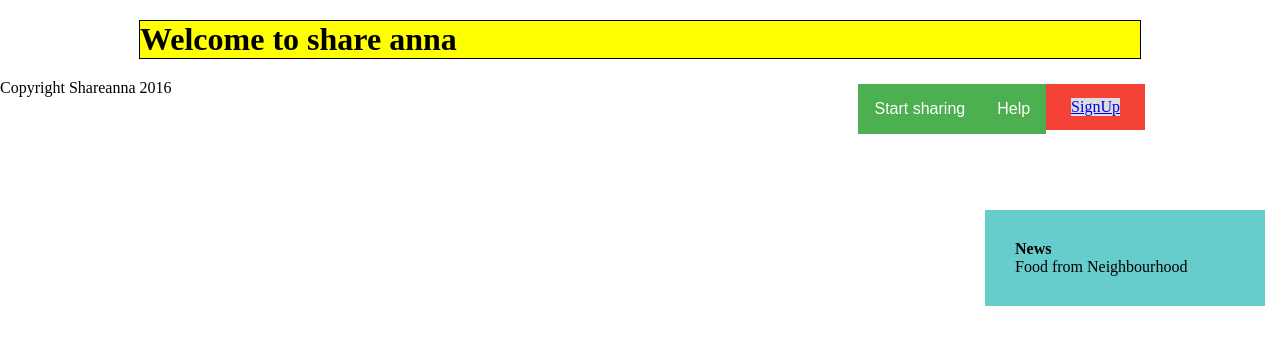
Repository: navigator007/shareanna
Page: practiceSpringMVC_1/src/main/webapp/home.html
The author's editor kept a copy of each file at every save. The page is drawn from the files as they stood at one save, then again after the next save.
The browser window is 1280 px wide. The pictures show the whole page.

Above is the page before, as saved 2016-08-20 23:30:23.

After the next save:
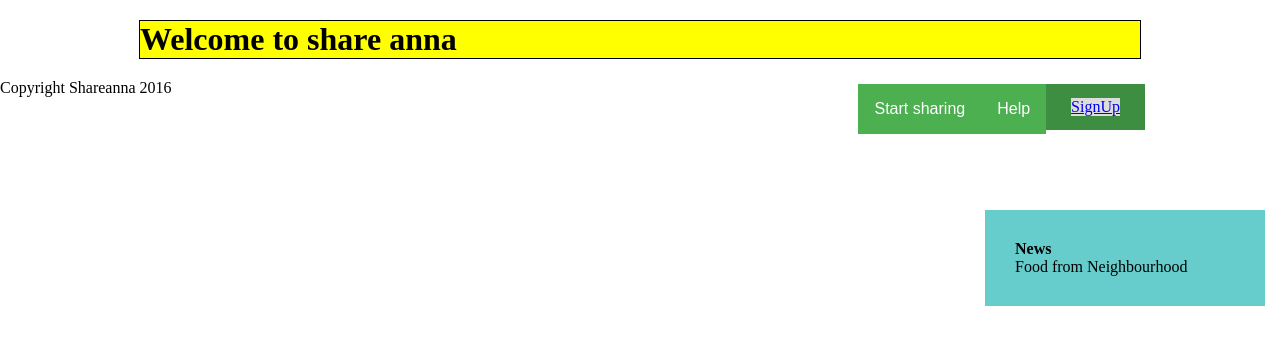
Saved 5 min 51 s later.
--- a/practiceSpringMVC_1/src/main/webapp/css/home.css
+++ b/practiceSpringMVC_1/src/main/webapp/css/home.css
@@ -79,7 +79,7 @@ body{
 	background-color: #dddddd;
 }
 .dropdown_custom{
-	background-color: #f44336;
+	background-color: #3e8e41;
     color: white;
     padding: 14px 25px;
     text-align: center;
